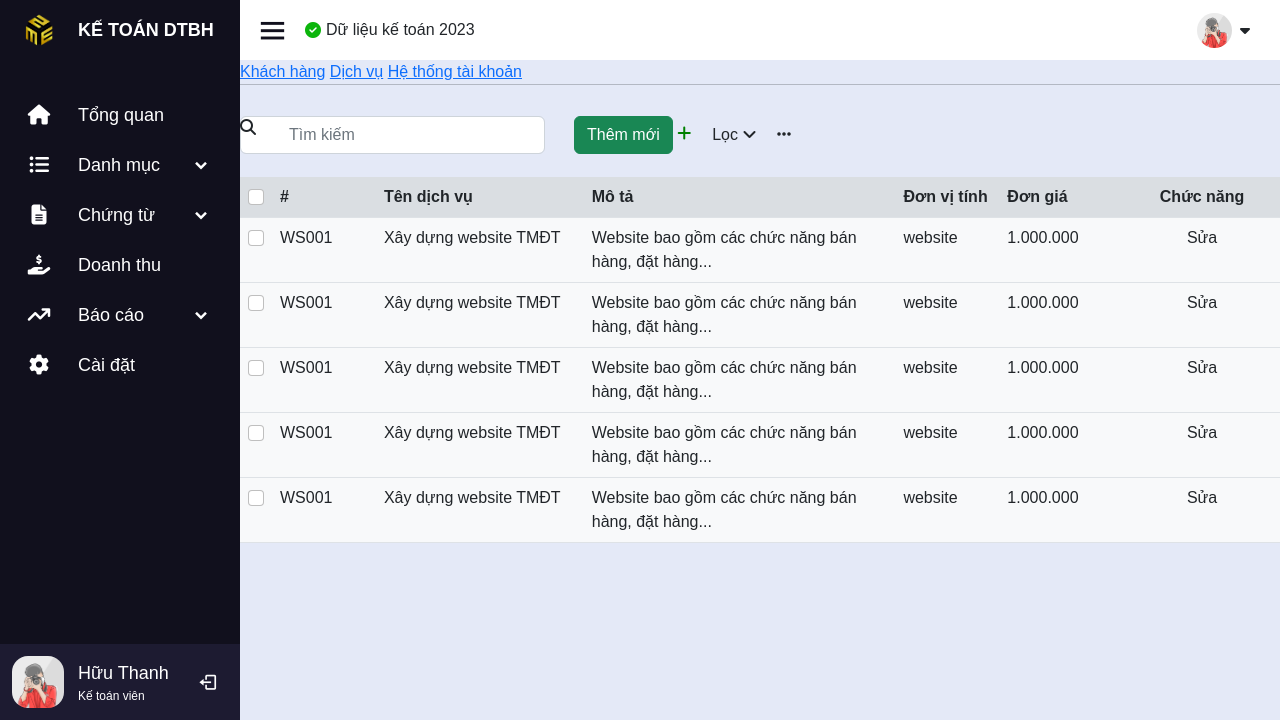
Repository: huuthanhdev/PhanMemKeToan
Page: pages/service.html
The author's editor kept a copy of each file at every save. The page is drawn from the files as they stood at one save, then again after the next save.
The browser window is 1280 px wide. The pictures show the whole page.
Some web fonts or font styles are not loaded; a fallback is used. Some web libraries are served in a nearby version.

Above is the page before, as saved 2023-03-24 17:24:06.

### pages/service.html
<!DOCTYPE html>
  <!-- Coding by CodingLab | www.codinglabweb.com -->
<html lang="en">
<head>
    <meta charset="UTF-8">
    <meta http-equiv="X-UA-Compatible" content="IE=edge">
    <meta name="viewport" content="width=device-width, initial-scale=1.0">
    <link rel="icon" type="png" href="../assets/img/logo 2me.png"/>
    <title>2MILLION</title>
    <!----======== CSS ======== -->
    <link rel="stylesheet" href="../assets/css/style.css">
    <!----===== Boxicons CSS ===== -->
    <link href='https://unpkg.com/boxicons@2.1.1/css/boxicons.min.css' rel='stylesheet'>
    <link rel="stylesheet" href="https://cdnjs.cloudflare.com/ajax/libs/font-awesome/6.1.2/css/all.min.css" integrity="sha512-1sCRPdkRXhBV2PBLUdRb4tMg1w2YPf37qatUFeS7zlBy7jJI8Lf4VHwWfZZfpXtYSLy85pkm9GaYVYMfw5BC1A==" crossorigin="anonymous" referrerpolicy="no-referrer" />
    <!-- bootstrap 5 -->
    <link href="https://cdn.jsdelivr.net/npm/bootstrap@5.2.1/dist/css/bootstrap.min.css" rel="stylesheet"
    integrity="sha384-iYQeCzEYFbKjA/T2uDLTpkwGzCiq6soy8tYaI1GyVh/UjpbCx/TYkiZhlZB6+fzT" crossorigin="anonymous">

</head>
<body>
    <div class="sidebar">
        <div class="logo-details">
          <!-- <i class='bx bxl-c-plus-plus'></i> -->
          <img src="../assets/img/logo 2me.png" alt="" class="logo-img">
          <span class="logo_name">KẾ TOÁN DTBH</span>
        </div>
        <ul class="nav-links">
          <li class="nav-item">
            <a href="../pages/overview.html">
              <i class='fa-solid fa-house'></i>
              <span class="link_name">Tổng quan</span>
            </a>
            <ul class="sub-menu blank">
              <li><a class="link_name" href="../pages/overview.html">Tổng quan</a></li>
            </ul>
          </li>
          <li class="nav-item active">
            <div class="icon-link">
              <a href="../pages/customer.html">
                <i class='fa-solid fa-list-ul' ></i>
                <span class="link_name">Danh mục</span>
              </a>
              <i class='bx bxs-chevron-down arrow' ></i>
            </div>
            <ul class="sub-menu">
              <li><a class="link_name" href="#">Danh mục</a></li>
              <li><a href="/pages/customer.html">Khách hàng</a></li>
              <li><a href="/pages/service.html">Dịch vụ</a></li>
              <li><a href="/pages/account.html">Tài khoản</a></li>
            </ul>
          </li>

          <li class="nav-item">
            <div class="icon-link">
              <a href="#">
                <i class='fa-solid fa-file-lines' ></i>
                <span class="link_name">Chứng từ</span>
              </a>
              <i class='bx bxs-chevron-down arrow' ></i>
            </div>
            <ul class="sub-menu">
              <li><a class="link_name" href="#">Chứng từ</a></li>
              <li><a href="#">Hóa đơn GTGT</a></li>
              <li><a href="#">Phiếu giảm giá HB</a></li>
            </ul>
          </li>

          <li class="nav-item">
            <a href="#">
              <i class='fa-solid fa-hand-holding-dollar' ></i>
              <span class="link_name">Doanh thu</span>
            </a>
            <ul class="sub-menu blank">
              <li><a class="link_name" href="#">Doanh thu</a></li>
            </ul>
          </li>

          <li class="nav-item">
            <div class="icon-link">
              <a href="#">
                <i class='fa-solid fa-arrow-trend-up' ></i>
                <span class="link_name">Báo cáo</span>
              </a>
              <i class='bx bxs-chevron-down arrow' ></i>
            </div>
            <ul class="sub-menu">
              <li><a class="link_name" href="#">Báo cáo</a></li>
              <li><a href="#">Doanh thu theo KH</a></li>
              <li><a href="#">Doanh thu theo DV</a></li>
              <li><a href="#">Tổng hợp Doanh thu</a></li>
              <li><a href="#">Giảm trừ Doanh thu</a></li>
            </ul>
          </li>

          <li class="nav-item">
            <a href="#">
              <i class='fa-solid fa-gear' ></i>
              <span class="link_name">Cài đặt</span>
            </a>
            <ul class="sub-menu blank">
              <li><a class="link_name" href="#">Cài đặt</a></li>
            </ul>
          </li>
          <li>
        <div class="profile-details">
          <div class="profile-content">
            <img src="../assets/img/client2.png" alt="profileImg">
          </div>
          <div class="name-job">
            <div class="profile_name">Hữu Thanh</div>
            <div class="job">Kế toán viên</div>
          </div>
          <i class='bx bx-log-out' ></i>
        </div>
      </li>
    </ul>
      </div>
    <section class="home-section">
      <div class="home-nav">
          <i class='bx bx-menu' ></i>
          <div class="home-text">
              <i class="fa-solid fa-circle-check home-icon"></i>
              <span>Dữ liệu kế toán 2023</span>
          </div>

          <div class="home-info">
              <img src="../assets/img/client2.png" alt="avatar" class="home-avatar">
              <i class="fa-solid fa-caret-down"class="home-icon"></i>
          </div>
      </div>
      <!-- content -->
      <div class="home-content">
        <div class="home-tab">
          <a class="tab-item" href="/pages/customer.html">Khách hàng</a>
          <a class="tab-item active" href="/pages/service.html">Dịch vụ</a>
          <a class="tab-item" href="/pages/account.html">Hệ thống tài khoản</a>
        </div>
        <hr class="mt-0 mb-4">
        <!-- table -->
        <div class="container-fluid mt-0 px-0">
          <div class="mb-3 d-flex justify-content-start align-items-center">
              <div class="position-relative">
                  <span class="position-absolute search"><i class="fa fa-search"></i></span>
                  <input class="form-control w-100 px-5 m-0" placeholder="Tìm kiếm">
              </div>
              <div class="btn">
                <button type="button" class="btn btn-success ms-3">Thêm mới</button>
                <i class="fa-solid fa-plus" style="color: green"></i>
              </div>
              <div class="filter px-2">
                  <span>Lọc <i class="fa fa-angle-down"></i></span>
                  <i class="fa fa-ellipsis-h ms-3"></i>
              </div>
          </div>
          <div class="table-responsive">
          <table class="table table-responsive table-hover bg-light">
            <thead>
              <tr style="background-color: #dadee2">
                <th scope="col" width="3%"><input class="form-check-input" type="checkbox"></th>
                <th scope="col" width="10%">#</th>
                <th scope="col" width="20%">Tên dịch vụ</th>
                <th scope="col" width="30%">Mô tả</th>
                <th scope="col" width="10%">Đơn vị tính</th>
                <th scope="col" width="12%">Đơn giá</th>
                <th scope="col" width="15%" class="text-center">Chức năng</th>
              </tr>
            </thead>
            <tbody>
              <tr>
                <th scope="row"><input class="form-check-input" type="checkbox"></th>
                <td>WS001</td>
                <td>Xây dựng website TMĐT</td>
                <td>Website bao gồm các chức năng bán hàng, đặt hàng...</td>
                <td>website</td>
                <td>1.000.000</td>
                <td class="text-center">Sửa</td>
              </tr>

              <tr>
                <th scope="row"><input class="form-check-input" type="checkbox"></th>
                <td>WS001</td>
                <td>Xây dựng website TMĐT</td>
                <td>Website bao gồm các chức năng bán hàng, đặt hàng...</td>
                <td>website</td>
                <td>1.000.000</td>
                <td class="text-center">Sửa</td>
              </tr>

              <tr>
                <th scope="row"><input class="form-check-input" type="checkbox"></th>
                <td>WS001</td>
                <td>Xây dựng website TMĐT</td>
                <td>Website bao gồm các chức năng bán hàng, đặt hàng...</td>
                <td>website</td>
                <td>1.000.000</td>
                <td class="text-center">Sửa</td>
              </tr>

              <tr>
                <th scope="row"><input class="form-check-input" type="checkbox"></th>
                <td>WS001</td>
                <td>Xây dựng website TMĐT</td>
                <td>Website bao gồm các chức năng bán hàng, đặt hàng...</td>
                <td>website</td>
                <td>1.000.000</td>
                <td class="text-center">Sửa</td>
              </tr>

              <tr>
                <th scope="row"><input class="form-check-input" type="checkbox"></th>
                <td>WS001</td>
                <td>Xây dựng website TMĐT</td>
                <td>Website bao gồm các chức năng bán hàng, đặt hàng...</td>
                <td>website</td>
                <td>1.000.000</td>
                <td class="text-center">Sửa</td>
              </tr>
            </tbody>
          </table>
          </div>
        </div>

      </div>
    </section>

    <script src="/app.js"></script>
</body>
</html>

### assets/css/style.css
/* Google Fonts Import Link */
@import url("https://fonts.googleapis.com/css2?family=Quicksand:wght@300;400;500;600&display=swap");
* {
  margin: 0;
  padding: 0;
  box-sizing: border-box;
  font-family: "Quicksand", sans-serif;
}
.sidebar{
  position: fixed;
  top: 0;
  left: 0;
  height: 100%;
  width: 240px;
  background: #11101d;
  z-index: 100;
  transition: all 0.5s ease;
}
.sidebar.close{
  width: 78px;
}
.sidebar .logo-details{
  height: 60px;
  width: 100%;
  display: flex;
  align-items: center;
}
.sidebar .logo-details i{
  font-size: 30px;
  color: #fff;
  height: 50px;
  min-width: 78px;
  text-align: center;
  line-height: 50px;
}
/*add logo  */
.sidebar .logo-details img{
  height: 40px;
  min-width: 78px;
  object-fit: contain;
  border-radius: 16px;
  transition: all 0.5s ease;
}

.sidebar .logo-details .logo_name{
  font-size: 18px;
  color: #fff;
  font-weight: 600;
  transition: 0.3s ease;
  transition-delay: 0.1s;
  position: relative;
}
.sidebar.close .logo-details .logo_name{
  transition-delay: 0s;
  opacity: 0;
  pointer-events: none;
}
.sidebar .nav-links{
  height: 100%;
  padding: 30px 0 150px 0;
  overflow: auto;
}
.sidebar.close .nav-links{
  overflow: visible;
}
.sidebar .nav-links::-webkit-scrollbar{
  display: none;
}
.sidebar .nav-links li{
  position: relative;
  list-style: none;
  transition: all 0.4s ease;
}
.sidebar .nav-links li:hover{
  background: #1d1b31;
}
.sidebar .nav-links li .icon-link{
  display: flex;
  align-items: center;
  justify-content: space-between;
}
.sidebar.close .nav-links li .icon-link{
  display: block
}
.sidebar .nav-links li i{
  height: 50px;
  min-width: 78px;
  text-align: center;
  line-height: 50px;
  color: #fff;
  font-size: 20px;
  cursor: pointer;
  transition: all 0.3s ease;
}
.sidebar .nav-links li.showMenu i.arrow{
  transform: rotate(-180deg);
}
.sidebar.close .nav-links i.arrow{
  display: none;
}
.sidebar .nav-links li a{
  display: flex;
  align-items: center;
  text-decoration: none;
}
.sidebar .nav-links li a .link_name{
  font-size: 18px;
  font-weight: 400;
  color: #fff;
  transition: all 0.4s ease;
}
.sidebar.close .nav-links li a .link_name{
  opacity: 0;
  pointer-events: none;
}
.sidebar .nav-links li .sub-menu{
  padding: 6px 6px 14px 80px;
  margin-top: -10px;
  background: #1d1b31;
  display: none;
}
.sidebar .nav-links li.showMenu .sub-menu{
  display: block;
}
.sidebar .nav-links li .sub-menu a{
  color: #fff;
  font-size: 15px;
  padding: 5px 0;
  white-space: nowrap;
  opacity: 0.6;
  transition: all 0.3s ease;
}
.sidebar .nav-links li .sub-menu a:hover{
  opacity: 1;
}
.sidebar.close .nav-links li .sub-menu{
  position: absolute;
  left: 100%;
  top: -10px;
  margin-top: 0;
  padding: 10px 20px;
  border-radius: 0 6px 6px 0;
  opacity: 0;
  display: block;
  pointer-events: none;
  transition: 0s;
}
.sidebar.close .nav-links li:hover .sub-menu{
  top: 0;
  opacity: 1;
  pointer-events: auto;
  transition: all 0.4s ease;
}
.sidebar .nav-links li .sub-menu .link_name{
  display: none;
}
.sidebar.close .nav-links li .sub-menu .link_name{
  font-size: 18px;
  opacity: 1;
  display: block;
}
.sidebar .nav-links li .sub-menu.blank{
  opacity: 1;
  pointer-events: auto;
  padding: 3px 20px 6px 16px;
  opacity: 0;
  pointer-events: none;
}
.sidebar .nav-links li:hover .sub-menu.blank{
  top: 50%;
  transform: translateY(-50%);
}
.sidebar .profile-details{
  position: fixed;
  bottom: 0;
  width: 240px;
  display: flex;
  align-items: center;
  justify-content: space-between;
  background: #1d1b31;
  padding: 12px 0;
  transition: all 0.5s ease;
}
.sidebar.close .profile-details{
  background: none;
}
.sidebar.close .profile-details{
  width: 78px;
}
.sidebar .profile-details .profile-content{
  display: flex;
  align-items: center;
  cursor: pointer;
}
.sidebar .profile-details img{
  height: 52px;
  width: 52px;
  object-fit: cover;
  border-radius: 16px;
  margin: 0 14px 0 12px;
  background: #1d1b31;
  transition: all 0.5s ease;
}
.sidebar.close .profile-details img{
  padding: 10px;
}
.sidebar .profile-details .profile_name,
.sidebar .profile-details .job{
  color: #fff;
  font-size: 18px;
  font-weight: 500;
  white-space: nowrap;
}
/* thêm nowrap */
.sidebar .nav-links .link_name,
.sidebar .logo-details .logo_name{
  white-space: nowrap;
}
/*  */
.sidebar.close .profile-details i,
.sidebar.close .profile-details .profile_name,
.sidebar.close .profile-details .job{
  display: none;
}
.sidebar .profile-details .job{
  font-size: 12px;
}
.home-section{
  position: relative;
  background: #E4E9F7;
  height: 100vh;
  left: 240px;
  width: calc(100% - 240px);
  transition: all 0.5s ease;
}
.sidebar.close ~ .home-section{
  left: 78px;
  width: calc(100% - 78px);
}
.home-section .home-nav{
  height: 60px;
  display: flex;
  align-items: center;
}
.home-section .home-nav .bx-menu,
.home-section .home-nav .text{
  color: #11101d;
  font-size: 35px;
}
.home-section .home-nav .bx-menu{
  margin: 0 15px;
  cursor: pointer;
}
.home-section .home-nav .text{
  font-size: 26px;
  font-weight: 600;
}
@media (max-width: 400px) {
  .sidebar.close .nav-links li .sub-menu{
    display: none;
  }
  .sidebar{
    width: 78px;
  }
  .sidebar.close{
    width: 0;
  }
  .home-section{
    left: 78px;
    width: calc(100% - 78px);
    z-index: 100;
  }
  .sidebar.close ~ .home-section{
    width: 100%;
    left: 0;
  }
}
/* nav fixed */
.home {
  position: fixed;
}
.home-nav {
  display: flex;
  justify-content: flex-start;
  margin-top: auto;
  width: 100%;
  height: 60px;
  background-color: white;
}
.home-info, .home-text {
  display: flex;
  align-items: center;
  justify-content: space-between;
}
.home-icon {
  color: #11101d;
}
.home-text .home-icon {
  color: rgb(12, 181, 12);
  padding-right: 5px;
}
.home-avatar {
  width: 35px;
  height: 35px;
  border-radius: 50%;
  object-fit: cover;
  margin-right: 8px;
}
.home-info{
  margin-left: auto;
  padding-right: 30px;
  cursor: pointer;
}

### app.js
let arrow = document.querySelectorAll(".arrow");
  for (var i = 0; i < arrow.length; i++) {
    arrow[i].addEventListener("click", (e)=>{
   let arrowParent = e.target.parentElement.parentElement;//selecting main parent of arrow
   arrowParent.classList.toggle("showMenu");
    });
  }
  let sidebar = document.querySelector(".sidebar");
  let sidebarBtn = document.querySelector(".bx-menu");
  console.log(sidebarBtn);
  sidebarBtn.addEventListener("click", ()=>{
    sidebar.classList.toggle("close");
  });

After the next save:
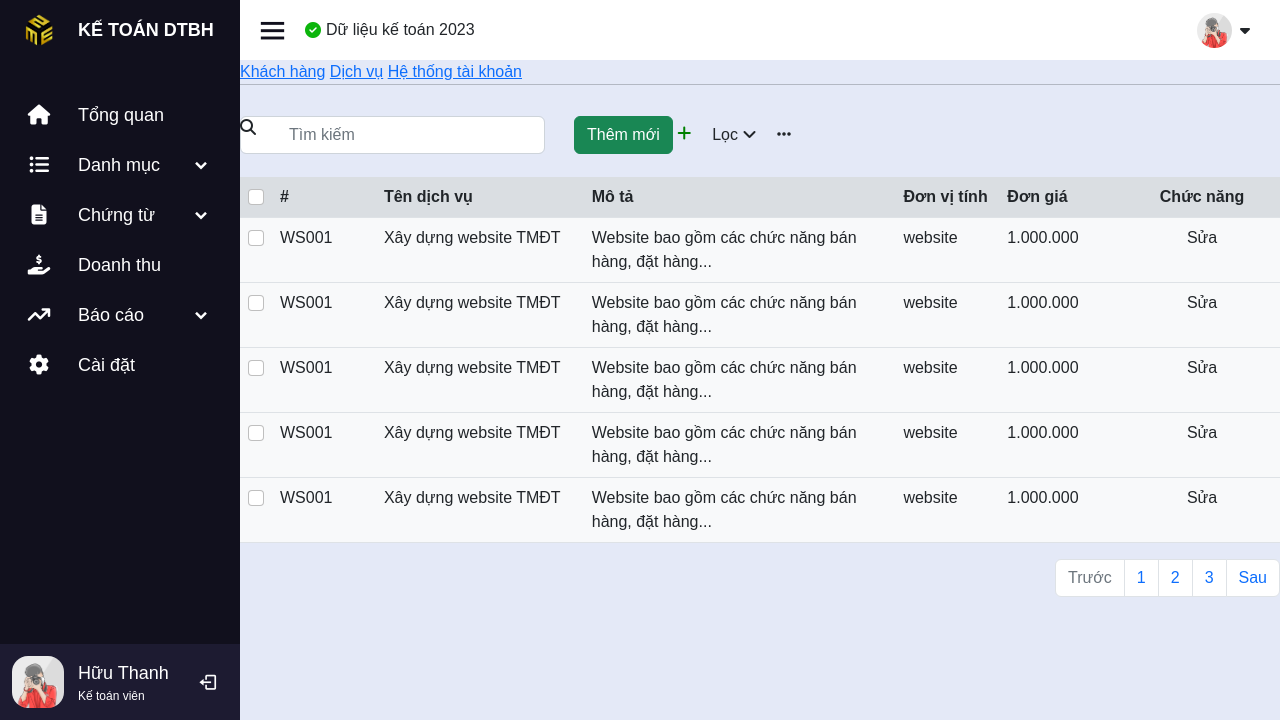
Saved 47 s later.
--- a/pages/service.html
+++ b/pages/service.html
@@ -219,7 +219,22 @@
           </table>
           </div>
         </div>
-
+        <!-- //table -->
+        <!-- pagination -->
+        <nav aria-label="Page navigation example">
+          <ul class="pagination justify-content-end">
+            <li class="page-item disabled">
+              <a class="page-link" href="#" tabindex="-1" aria-disabled="true">Trước</a>
+            </li>
+            <li class="page-item"><a class="page-link" href="#">1</a></li>
+            <li class="page-item"><a class="page-link" href="#">2</a></li>
+            <li class="page-item"><a class="page-link" href="#">3</a></li>
+            <li class="page-item">
+              <a class="page-link" href="#">Sau</a>
+            </li>
+          </ul>
+        </nav>
+        <!-- //pagination -->
       </div>
     </section>
 
